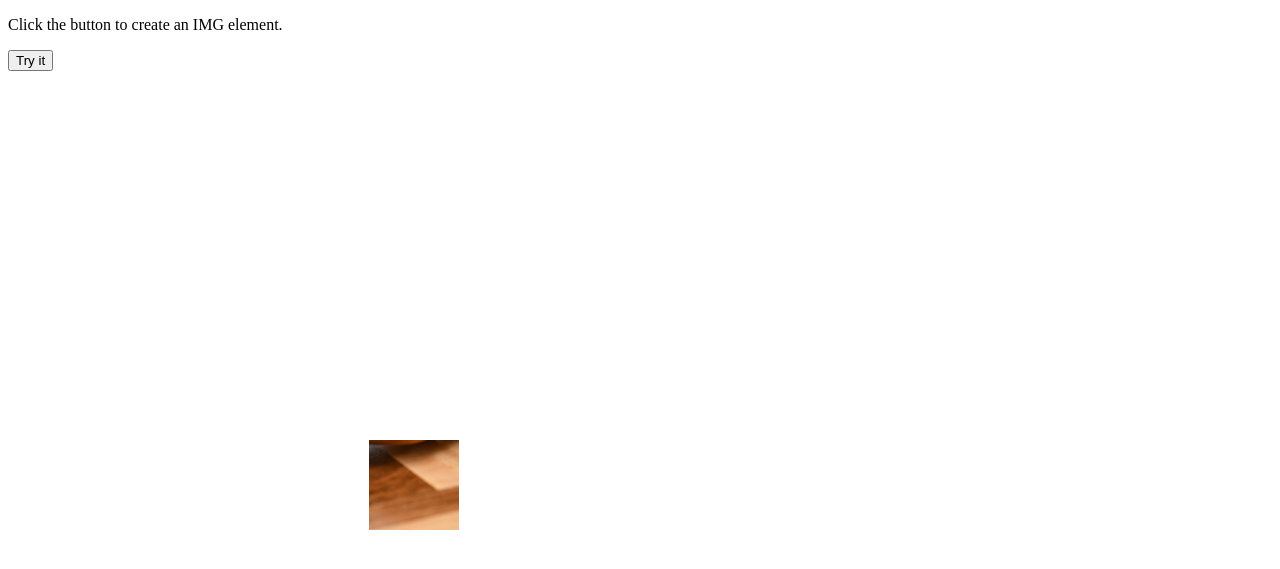
Repository: rashmikagamage/puzzle-vanila-js
Page: index.html
An editor plug-in stored every save of this project. The page is shown before and after the next save, followed by the edit.
The browser window is 1280 px wide. The pictures show the whole page.

Above is the page before, as saved 2020-08-06 10:02:28.

After the next save:
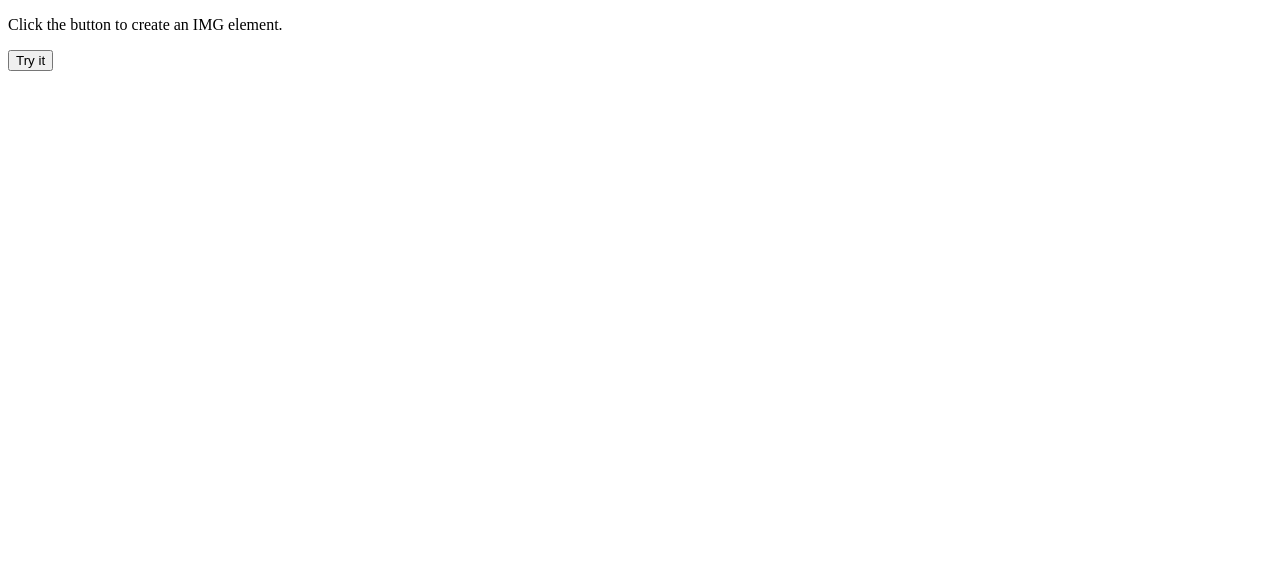
Saved 13 s later.
--- a/function.js
+++ b/function.js
@@ -5,7 +5,7 @@
 let num;
 
 function myFunction(num) {
-    // num = this.num;
+    num = this.num;
     console.log("dsd")
     for (let i = 1; i < num * num; i++) {
         cells.push(i);

After the save that followed:
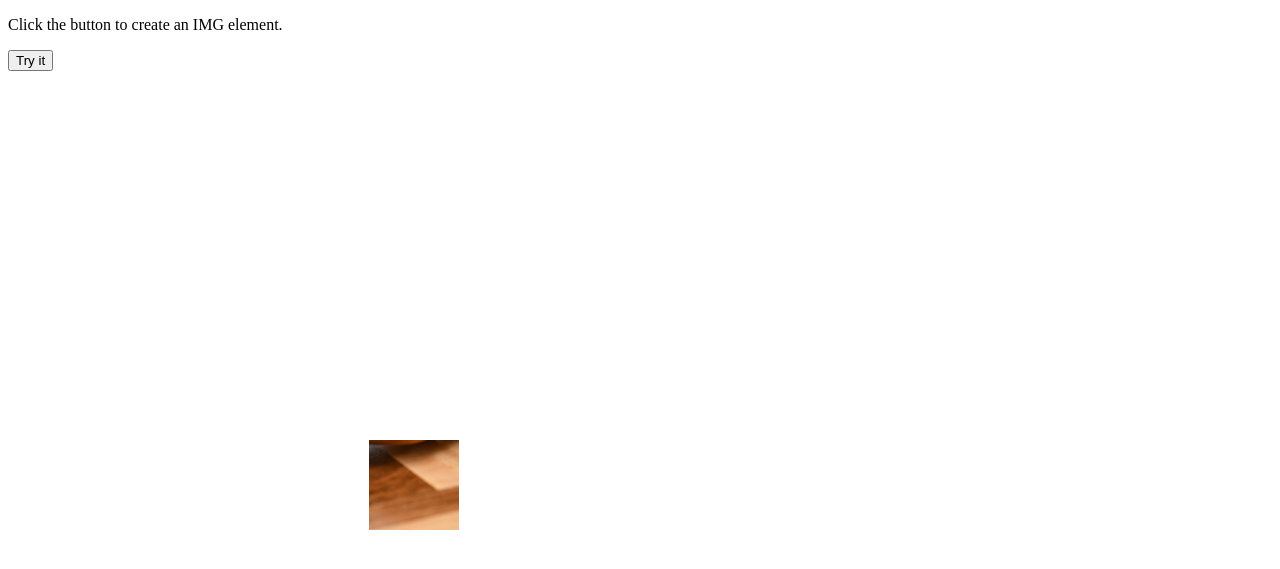
Saved 26 s later.
--- a/function.js
+++ b/function.js
@@ -5,8 +5,6 @@
 let num;
 
 function myFunction(num) {
-    num = this.num;
-    console.log("dsd")
     for (let i = 1; i < num * num; i++) {
         cells.push(i);
     }
@@ -35,14 +33,14 @@
             x.style.height = cellSize;
             x.style.border = "solid white 1px"
 
-
+            console.log(idCount)
             if (idCount == (num * num)) {
                 x.setAttribute("id", "img" + 0);
                 x.style.backgroundImage = "url('./chess.jpg')"
 
             } else {
                 x.setAttribute("id", "img" + idCount);
-                // x.style.backgroundColor = "white";
+                x.style.backgroundColor = "white";
 
             }
             x.style.backgroundPosition = xPosition + "% " + yPosition + "%";
